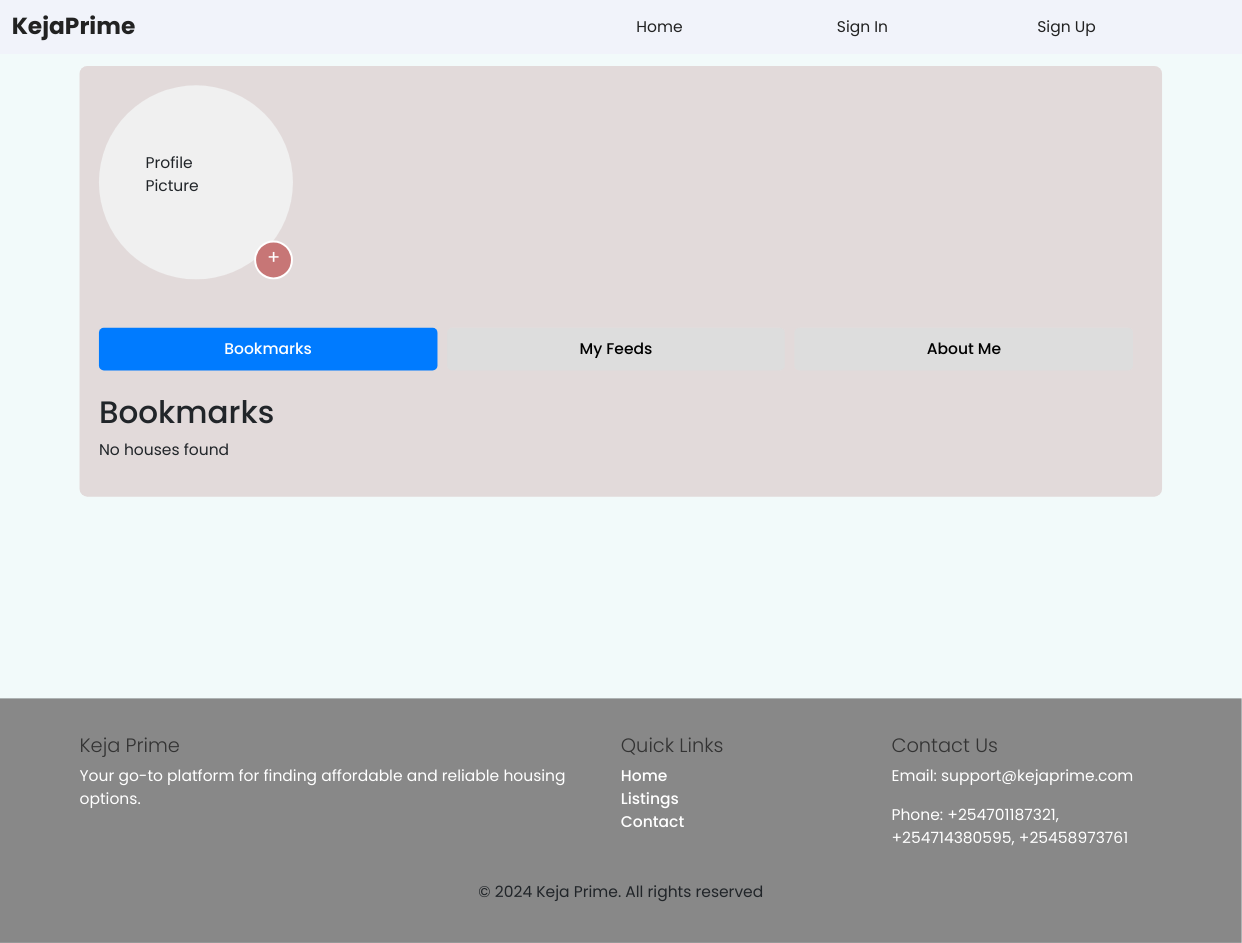
Repository: Pascal7601/kejaPrime
Page: /profile (app in frontend/)
An editor plug-in stored every save of this project. The page is shown before and after the next save, followed by the edit.
The browser window is 1280 px wide. The pictures show the whole page, at 97% of full size.
The page's requests for data from a server got no answer. The project was rebuilt for these pictures with package versions that can differ from the ones it lists, and the page was loaded fresh each time. No one was signed in, and anything a server would have sent is missing. Also part of the build but not shown: frontend/vite.config.js, frontend/src/styles/HeroSection.css, frontend/src/components/HeroSection.jsx, frontend/src/pages/Home.jsx, frontend/src/components/Houses.jsx, frontend/src/pages/Listings.jsx, frontend/src/styles/PostHouse.css, frontend/src/pages/PostHouse.jsx and 10 more.

Above is the page before, as saved 2024-10-22 14:46:00.

After the next save:
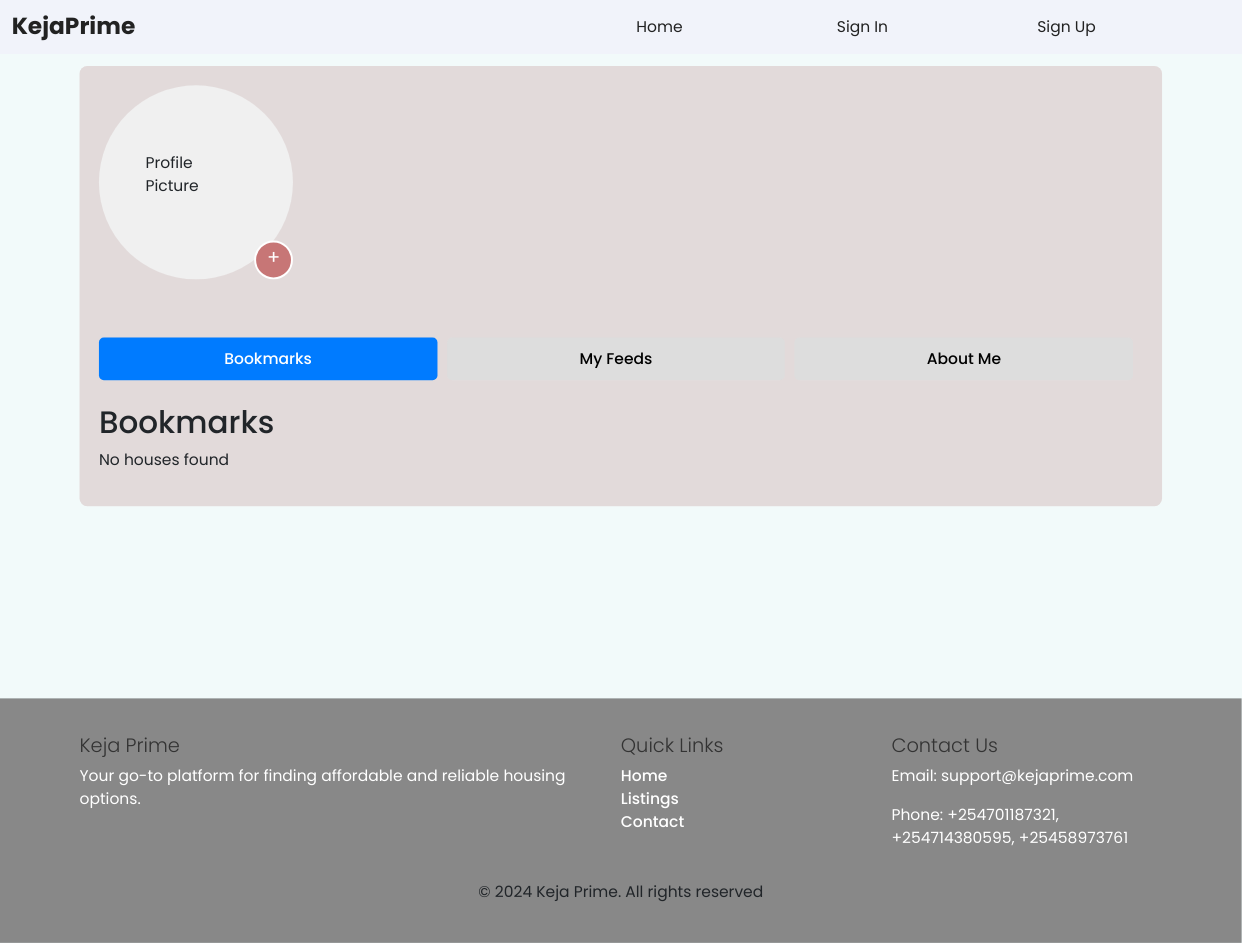
Saved 13 s later.
--- a/frontend/src/styles/Profile.css
+++ b/frontend/src/styles/Profile.css
@@ -54,7 +54,7 @@
   width: 100%;
 }
 .profile-header {
-    margin-bottom: 50px;
+    margin-bottom: 60px;
 }
 .profile-picture-container {
   position: relative;
